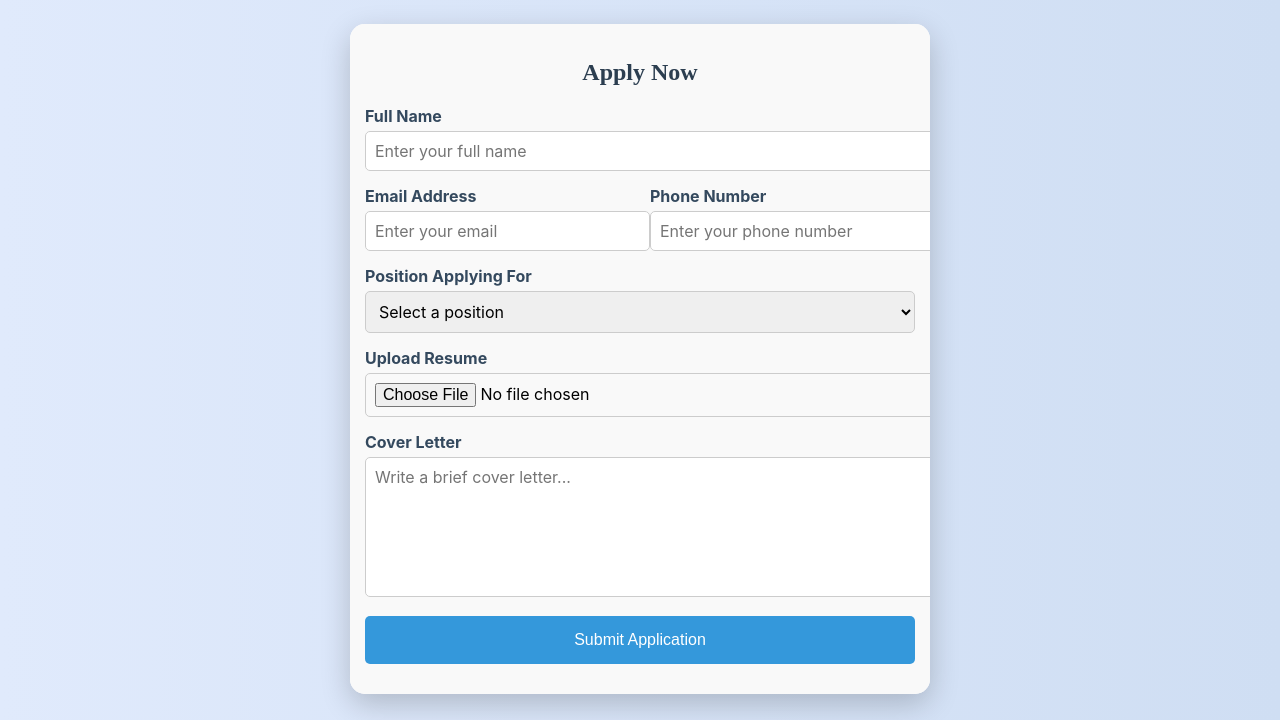
Repository: abhibkop27/CIMDR
Page: src/interview_form.html
These files come from the project's save history. The page is drawn as it stood at one moment and after the next save; the edit follows.
The browser window is 1280 px wide. The pictures show the whole page.

Above is the page before, as saved 2025-01-20 15:48:39.

After the next save:
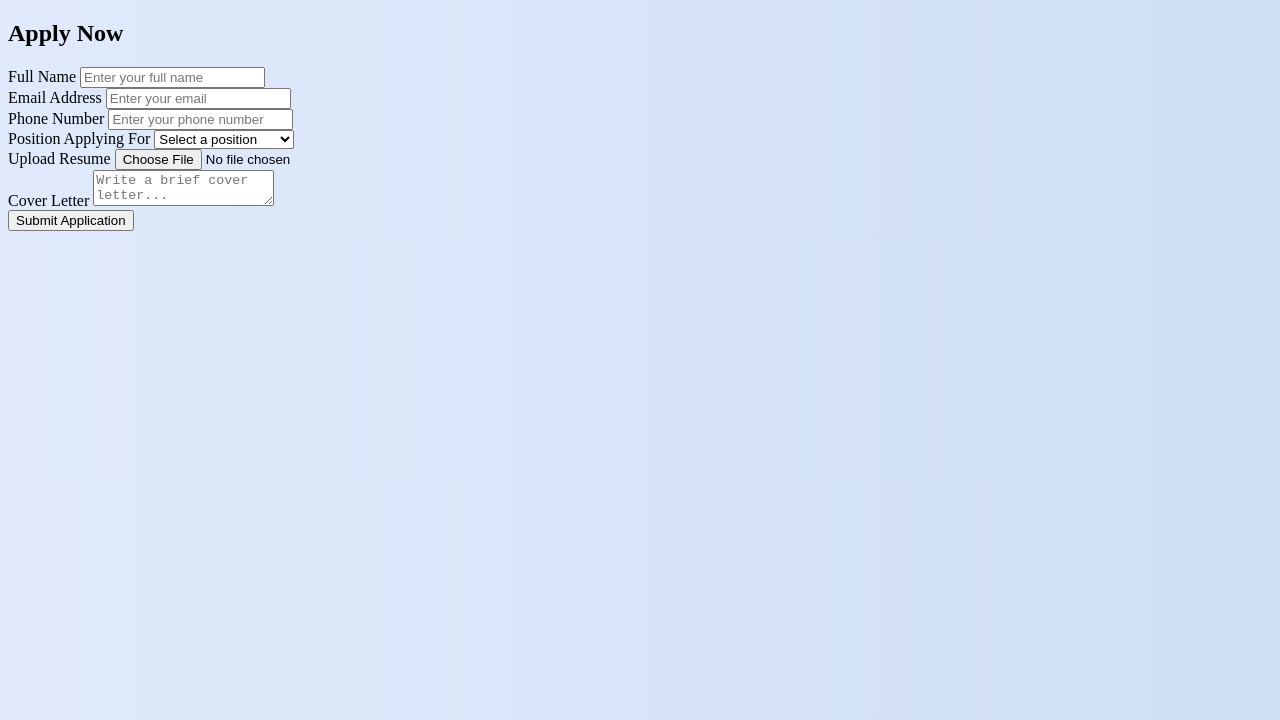
Saved 28 s later.
--- a/src/interview.css
+++ b/src/interview.css
@@ -4,112 +4,3 @@
 body{
     background: linear-gradient(to right, #E0EAFC, #CFDEF3);
 }
-
-.container{
-
-    height: calc(100vh - 18px);
-    margin: 0px;
-    display: flex;
-    justify-content: center;
-    align-items: center;
-
-}
-
-.carrer-card{
-
-    width: calc(100vw - 0px);
-    /* padding-top: 30px; */
-    display: flex;
-    justify-content: center;
-    align-items: center;
-    flex-direction: column;
-
-    /* margin-top: 20px; */
-
-
-}
-
-.career-page {
-    background: #ffffff;
-    width: calc(100vw - 700px);
-    /* max-width: 1100px; */
-    border-radius: 15px;
-    overflow: hidden;
-    box-shadow: 0 10px 30px rgba(0, 0, 0, 0.2);
-    display: flex;
-    flex-direction: row;
-    /* min-height: 80vh; */
-}
-
-
-
-.form-section {
-    flex: 1;
-    padding: 15px;
-    display: flex;
-    flex-direction: column;
-    justify-content: center;
-    background: #f9f9f9;
-}
-
-.form-section h2 {
-    font-size: 1.5rem;
-
-    color: #2c3e50;
-    text-align: center;
-    font-family: 'Poppins';
-}
-
-.form-group {
-    margin-bottom: 15px;
-}
-
-.form-group label {
-    font-weight: bold;
-    display: block;
-    margin-bottom: 5px;
-    color: #34495e;
-    font-family: 'Inter';
-}
-
-.form-group input,
-.form-group select,
-.form-group textarea {
-    width: 100%;
-    padding: 9px;
-    font-size: 1rem;
-    border: 1px solid #ccc;
-    border-radius: 5px;
-    font-family: 'Inter';
-}
-
-.form-group textarea {
-    resize: none;
-    height: 120px;
-}
-
-.form-group button {
-    width: 100%;
-    background: #3498db;
-    color: white;
-    border: none;
-    padding: 15px;
-    font-size: 1rem;
-    border-radius: 5px;
-    cursor: pointer;
-    transition: background 0.3s, transform 0.3s; /* Added transform for smooth scaling */
-}
-
-.form-group button:hover {
-    background: #2980b9; /* Slightly darker shade for hover effect */
-    transform: scale(1.05); /* Button enlarges slightly when hovered */
-}
-
-.row-fields {
-    display: flex;
-    gap: 20px; /* Adjust gap between fields */
-}
-
-.row-fields .half-width {
-    flex: 1; /* Ensure both fields take equal width */
-}
